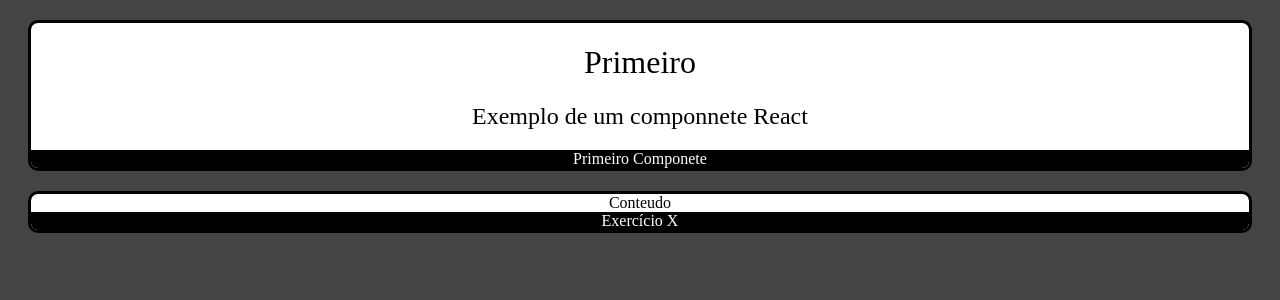
Repository: ClaytonEduard/fundamentos-react
Page: /
These files come from the project's save history. The page is drawn as it stood at one moment and after the next save; the edit follows.
The browser window is 1280 px wide. The pictures show the whole page.
The project was rebuilt for these pictures with package versions that can differ from the ones it lists, and the page was loaded fresh each time. Also part of the build but not shown: src/components/ComParametro.jsx, src/components/ComFilhos.jsx.

Above is the page before, as saved 2022-06-18 10:32:11.

After the next save:
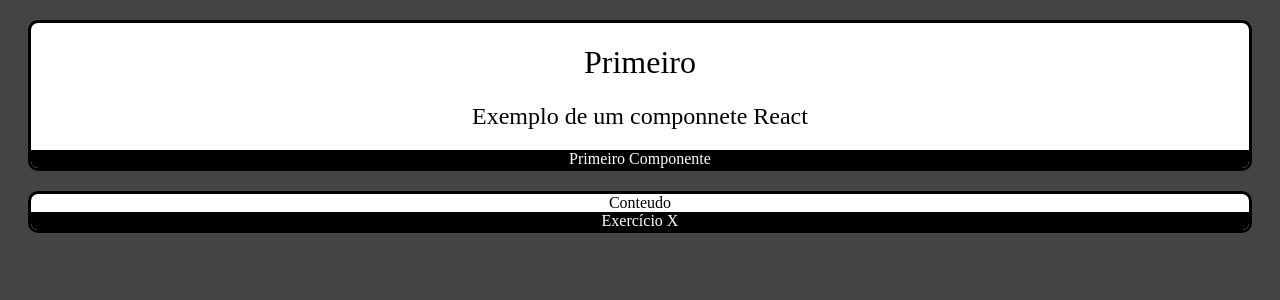
Saved 22 s later.
--- a/src/index.js
+++ b/src/index.js
@@ -11,7 +11,7 @@ import Card from './components/layout/Card';
 // iniciando a rederização
 ReactDOM.render(
     <div>
-        <Card titulo='Primeiro Componete'>
+        <Card titulo='Primeiro Componente'>
             <Primeiro />
         </Card>
         <Card titulo='Exercício X'>
